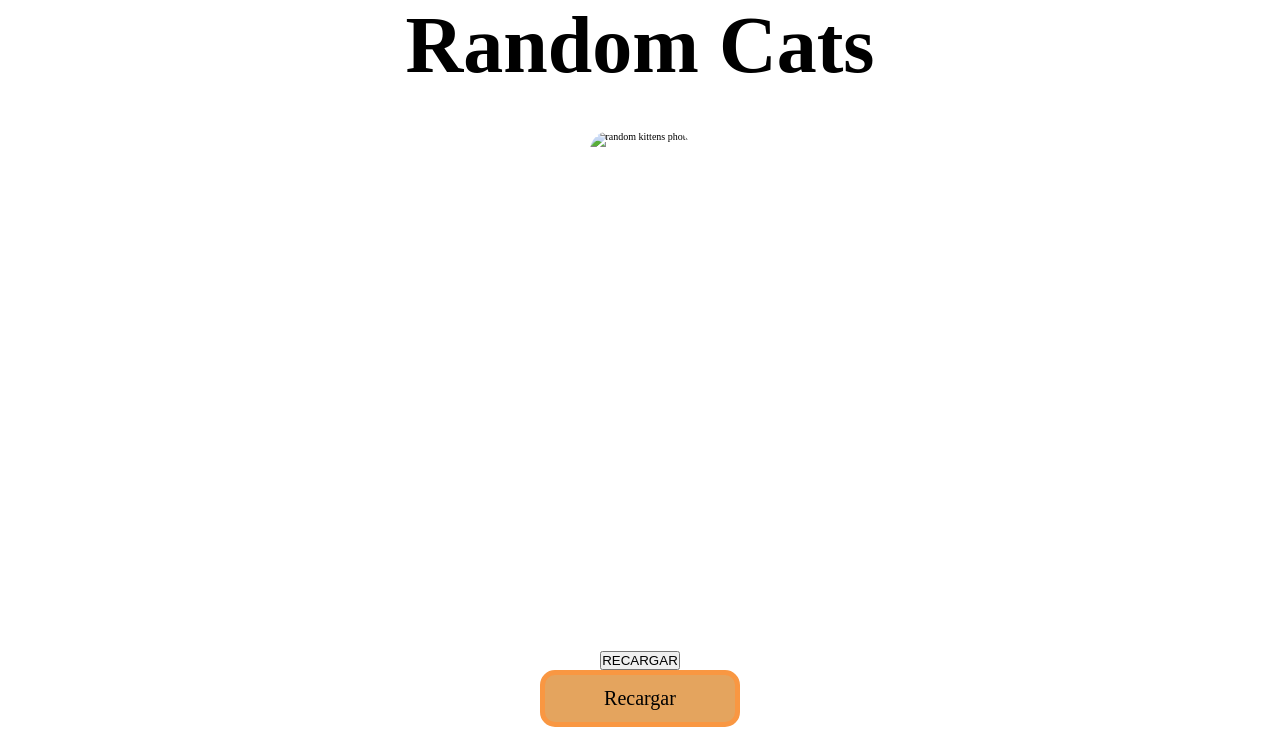
Repository: elto82/ConsumoAPIRESTjs
Page: index.html
These files come from the project's save history. The page is drawn as it stood at one moment and after the next save; the edit follows.
The browser window is 1280 px wide. The pictures show the whole page.

Above is the page before, as saved 2022-07-02 18:04:49.

### index.html
<!DOCTYPE html>
<html lang="en">

<head>
  <meta charset="UTF-8">
  <meta http-equiv="X-UA-Compatible" content="IE=edge">
  <meta name="viewport" content="width=device-width, initial-scale=1.0">
  <title>Random Cats</title>
  <link rel="stylesheet" href="style.css">
</head>

<body>
  <header>
    <h1>Random Cats</h1>
  </header>
  <section class="container">
    <img alt="random kittens photo" class="image">
    <button onclick="reload()">RECARGAR</button>
    <input class="random-cat-button" type="button" value="Recargar" onclick="location.reload()">
  </section>
  <script src="./main.js"></script>
</body>

</html>

### style.css
* {
  box-sizing: border-box;
  margin: 0px;
  padding: 0px;
}
html {
  font-size: 62.5%;
}
body {
  font-family: 'Square Peg', cursive;
}
header {
  display: flex;
  justify-content: center;
}
h1 {
  font-size: 8rem;
}
.container {
  display: flex;
  flex-direction: column;
  justify-content: center;
  place-items: center;
  padding: 20px;
}
.container .image {
  border-radius: 20px;
  margin: 20px;
  width: auto;
  height: 500px;
}
.random-cat-button {
  align-items: center;
  background-color: rgb(228, 164, 94);
  border: 5px solid rgb(249, 151, 66);
  border-radius: 15px;
  cursor: pointer;
  font-family: 'Pacifico', cursive;
  font-size: 2rem;
  padding: 12px;
  width: 200px;
  height: auto;
}
.random-cat-button:hover {
  border: 5px solid rgb(228, 164, 94);
  background-color: rgb(227, 141, 67);
}

### main.js
const API_URL = "https://api.thecatapi.com/v1/images/search";

async function reload() {
  const res = await fetch(API_URL);
  const data = await res.json();
  const img = document.querySelector("img");
  img.src = data[0].url;
}

After the next save:
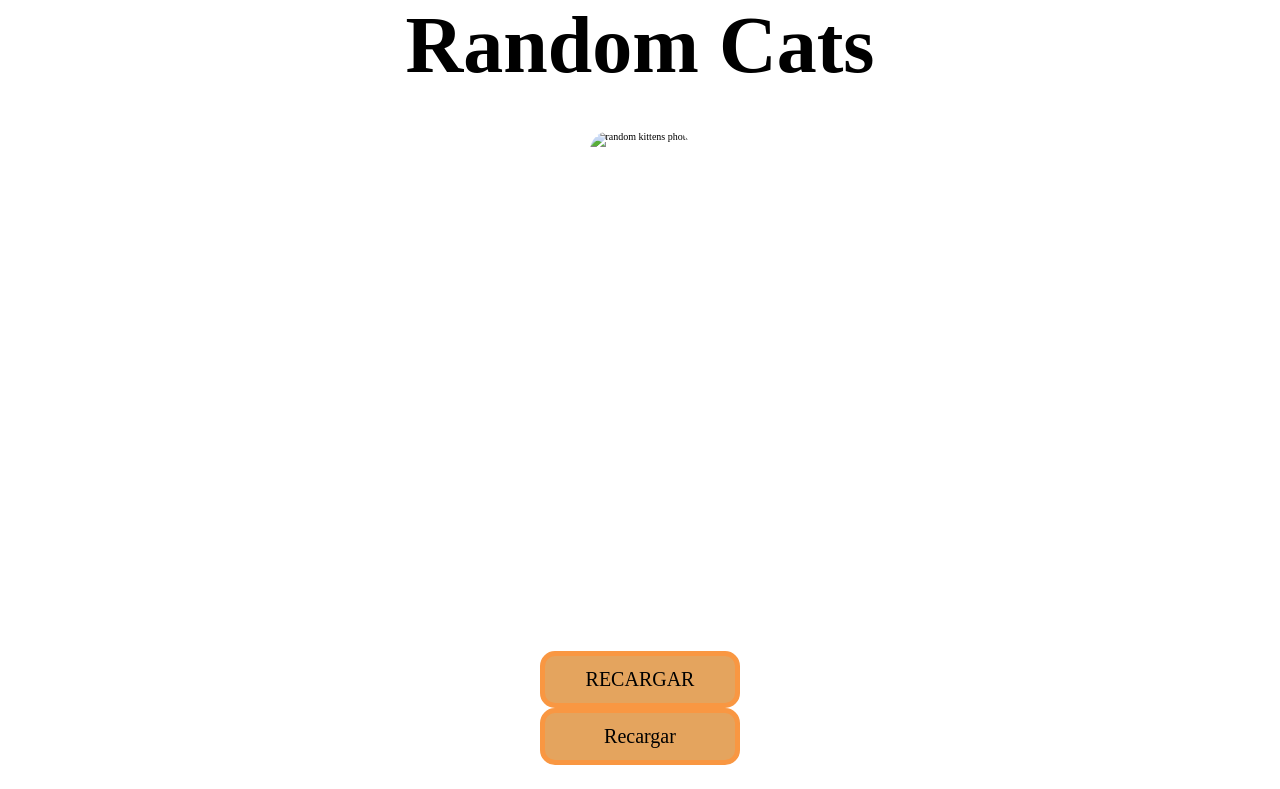
Saved 14 s later.
--- a/index.html
+++ b/index.html
@@ -15,7 +15,7 @@
   </header>
   <section class="container">
     <img alt="random kittens photo" class="image">
-    <button onclick="reload()">RECARGAR</button>
+    <button class="random-cat-button" onclick="reload()">RECARGAR</button>
     <input class="random-cat-button" type="button" value="Recargar" onclick="location.reload()">
   </section>
   <script src="./main.js"></script>
